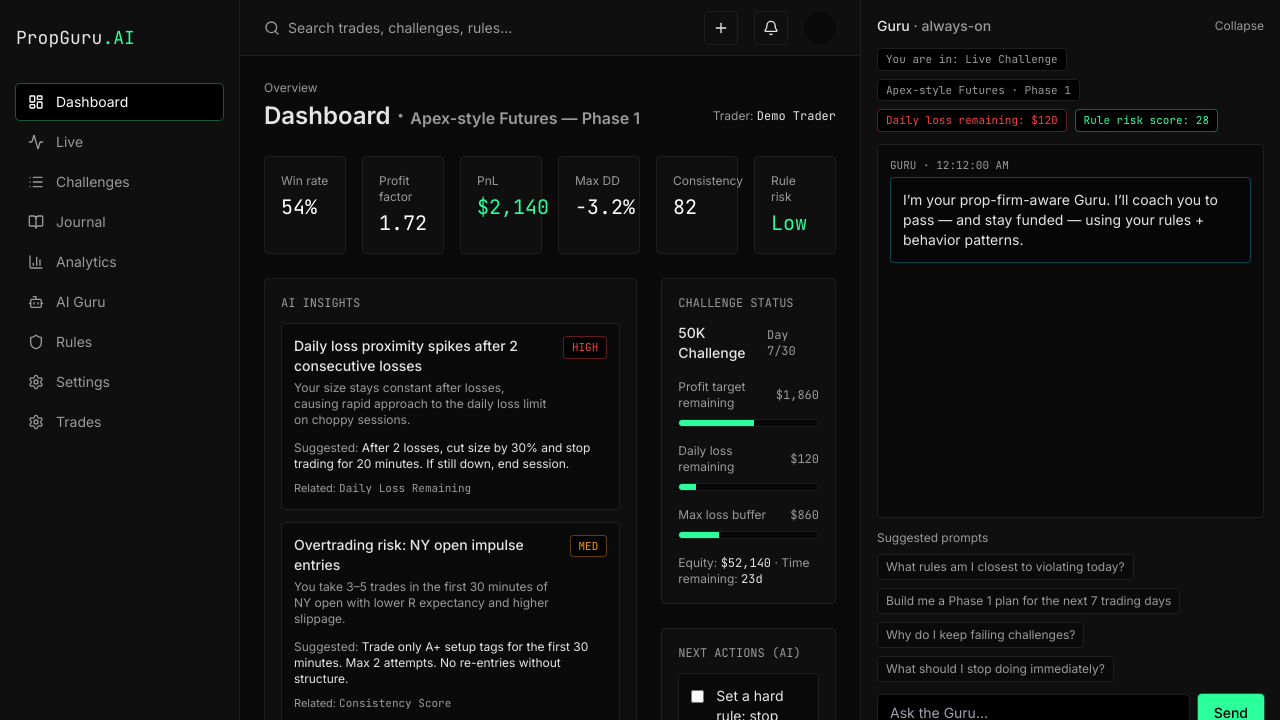
Repository: sanghaarman6-cmyk/propai-platform
Page: /app/dashboard
These files come from the project's save history. The page is drawn as it stood at one moment and after a run of saves; the edit follows.
The browser window is 1280 px wide. The pictures show the whole page.
An inner scrolling area shows only its first screen. The project was rebuilt for these pictures with package versions that can differ from the ones it lists, and the page was loaded fresh each time. The framework's server and built-in components were replaced by stand-ins that run in the browser. Also part of the build but not shown: next.config.ts.

Above is the page before, as saved 2025-12-17 02:37:08.

### app/layout.tsx
import "./globals.css"
import { Inter, JetBrains_Mono } from "next/font/google"

const inter = Inter({ subsets: ["latin"], variable: "--font-inter" })
const mono = JetBrains_Mono({ subsets: ["latin"], variable: "--font-mono" })

export const metadata = {
  title: "PropGuru AI",
  description: "Always-on AI trading guru for prop firms",
}

export default function RootLayout({
  children,
}: {
  children: React.ReactNode
}) {
  return (
    <html lang="en" className="dark">
      <body
        className={`${inter.variable} ${mono.variable} bg-bg text-text-primary antialiased`}
      >
        {children}
      </body>
    </html>
  )
}

### app/app/layout.tsx
"use client"

import Sidebar from "@/components/Sidebar"
import Topbar from "@/components/Topbar"
import { motion } from "framer-motion"
import ToastHost from "@/components/Toast"
import GuruAssistant from "@/components/GuruAssistant"

export default function AppLayout({
  children,
}: {
  children: React.ReactNode
}) {
  return (
    <div className="flex h-screen overflow-hidden">
      {/* Global toasts */}
      <ToastHost />

      {/* Left sidebar */}
      <Sidebar />

      {/* Center column */}
      <div className="flex flex-1 flex-col overflow-hidden">
        <Topbar />

        <motion.main
          key="page"
          initial={{ opacity: 0, y: 6 }}
          animate={{ opacity: 1, y: 0 }}
          transition={{ duration: 0.2, ease: "easeOut" }}
          className="flex-1 overflow-y-auto bg-bg-secondary p-6"
        >
          {children}
        </motion.main>
      </div>

      {/* Persistent Guru (desktop docked / mobile floating) */}
      <GuruAssistant />
    </div>
  )
}

### app/app/dashboard/page.tsx
"use client"

import { useEffect, useMemo } from "react"
import KPI from "@/components/KPI"
import TerminalCard from "@/components/TerminalCard"
import SkeletonBlock from "@/components/SkeletonBlock"
import InsightsList from "@/components/InsightsList"
import TradesTable from "@/components/TradesTable"
import RuleMeter from "@/components/RuleMeter"
import { useAppStore } from "@/lib/store"

export default function DashboardPage() {
  const {
    user,
    activeChallenge,
    insights,
    nextActions,
    toggleNextAction,
    recentTrades,
    dashboardLoading,
    setDashboardLoading,
    filters,
    setFilters,
  } = useAppStore()

  useEffect(() => {
    // demo: show a brief skeleton to feel “real”
    const t = setTimeout(() => setDashboardLoading(false), 450)
    return () => clearTimeout(t)
  }, [setDashboardLoading])

  const instruments = useMemo(() => {
    const set = new Set(recentTrades.map((t) => t.instrument))
    return ["All", ...Array.from(set)]
  }, [recentTrades])

  const filteredTrades = useMemo(() => {
    return recentTrades.filter((t) => {
      if (filters.instrument !== "All" && t.instrument !== filters.instrument) return false
      if (filters.session !== "All" && t.session !== filters.session) return false
      if (filters.outcome !== "All" && t.outcome !== filters.outcome) return false
      return true
    })
  }, [recentTrades, filters])

  if (!user || !activeChallenge) {
    return (
      <TerminalCard title="Welcome">
        <div className="text-sm text-text-muted">
          No demo user loaded. (This won’t happen in our flow.)
        </div>
      </TerminalCard>
    )
  }

  const s = activeChallenge.stats

  if (!activeChallenge.live) {
    return (
      <TerminalCard title="Live Challenge">
        <div className="text-sm text-text-muted">
          No live data available for this challenge.
        </div>
      </TerminalCard>
    )
  }

  const live = activeChallenge.live


  return (
    <div className="space-y-6">
      {/* Header */}
      <div className="flex flex-col gap-1">
        <div className="text-xs text-text-muted">Overview</div>
        <div className="flex items-center justify-between gap-4">
          <h1 className="text-2xl font-semibold">
            Dashboard <span className="text-text-muted">·</span>{" "}
            <span className="text-text-muted text-base">
              {activeChallenge.firmName} — {activeChallenge.phase}
            </span>
          </h1>
          <div className="text-xs text-text-muted">
            Trader: <span className="font-mono text-text-primary">{user.name}</span>
          </div>
        </div>
      </div>

      {/* KPI Strip */}
      {dashboardLoading ? (
        <div className="grid grid-cols-2 gap-4 md:grid-cols-6">
          {Array.from({ length: 6 }).map((_, i) => (
            <SkeletonBlock key={i} className="h-[74px]" />
          ))}
        </div>
      ) : (
        <div className="grid grid-cols-2 gap-4 md:grid-cols-6">
          <KPI label="Win rate" value={`${s.winRate}%`} />
          <KPI label="Profit factor" value={s.profitFactor.toFixed(2)} />
          <KPI label="PnL" value={`$${s.pnlUsd.toLocaleString()}`} accent />
          <KPI label="Max DD" value={`${s.maxDrawdownPct}%`} />
          <KPI label="Consistency" value={`${s.consistencyScore}`} />
          <KPI label="Rule risk" value={s.ruleRiskScore < 35 ? "Low" : "Elevated"} accent />
        </div>
      )}

      {/* Main grid */}
      <div className="grid grid-cols-1 gap-6 lg:grid-cols-3">
        {/* Left: insights */}
        <div className="lg:col-span-2">
          {dashboardLoading ? (
            <TerminalCard title="AI Insights">
              <div className="space-y-3">
                <SkeletonBlock className="h-20" />
                <SkeletonBlock className="h-20" />
                <SkeletonBlock className="h-20" />
              </div>
            </TerminalCard>
          ) : (
            <InsightsList items={insights} />
          )}
        </div>

        {/* Right: challenge + next actions */}
        <div className="space-y-6">
          <TerminalCard title="Challenge Status">
            <div className="flex items-center justify-between">
              <div className="text-sm font-medium">{activeChallenge.name}</div>
              <div className="text-xs text-text-muted font-mono">
                Day {s.tradingDaysCompleted}/{activeChallenge.rules.timeLimitDays}
              </div>
            </div>

            <div className="mt-4 space-y-4">
              <RuleMeter
                label="Profit target remaining"
                valuePct={(live.profitTargetRemainingUsd / (activeChallenge.rules.accountSize * (activeChallenge.rules.profitTargetPct / 100))) * 100}
                helper={`$${live.profitTargetRemainingUsd.toLocaleString()}`}
              />
              <RuleMeter
                label="Daily loss remaining"
                valuePct={100 - Math.min(100, (live.dailyLossRemainingUsd / (activeChallenge.rules.accountSize * (activeChallenge.rules.dailyLossLimitPct / 100))) * 100)}
                helper={`$${live.dailyLossRemainingUsd.toLocaleString()}`}
              />
              <RuleMeter
                label="Max loss buffer"
                valuePct={100 - Math.min(100, (live.maxLossBufferUsd / (activeChallenge.rules.accountSize * (activeChallenge.rules.maxLossLimitPct / 100))) * 100)}
                helper={`$${live.maxLossBufferUsd.toLocaleString()}`}
              />
            </div>

            <div className="mt-4 text-xs text-text-muted">
              Equity:{" "}
              <span className="font-mono text-text-primary">
                ${live.equityUsd.toLocaleString()}
              </span>{" "}
              · Time remaining:{" "}
              <span className="font-mono text-text-primary">
                {live.timeRemainingDays}d
              </span>
            </div>
          </TerminalCard>

          <TerminalCard title="Next Actions (AI)">
            <div className="space-y-2">
              {nextActions.map((a) => (
                <label
                  key={a.id}
                  className="flex cursor-pointer items-start gap-3 rounded border border-border bg-black/30 p-3 hover:bg-black/40"
                >
                  <input
                    type="checkbox"
                    checked={a.done}
                    onChange={() => toggleNextAction(a.id)}
                    className="mt-1"
                  />
                  <div className="text-sm">
                    <div className={a.done ? "text-text-muted line-through" : ""}>
                      {a.label}
                    </div>
                  </div>
                </label>
              ))}
            </div>
          </TerminalCard>
        </div>
      </div>

      {/* Trades table */}
      <TradesTable
        trades={filteredTrades}
        filtersUI={
          <div className="flex items-center gap-2">
            <select
              value={filters.instrument}
              onChange={(e) => setFilters({ instrument: e.target.value as any })}
              className="rounded border border-border bg-black px-2 py-1 text-xs"
            >
              {instruments.map((i) => (
                <option key={i} value={i}>
                  {i}
                </option>
              ))}
            </select>

            <select
              value={filters.session}
              onChange={(e) => setFilters({ session: e.target.value as any })}
              className="rounded border border-border bg-black px-2 py-1 text-xs"
            >
              {["All", "Asia", "London", "NY", "Off-hours"].map((s) => (
                <option key={s} value={s}>
                  {s}
                </option>
              ))}
            </select>

            <select
              value={filters.outcome}
              onChange={(e) => setFilters({ outcome: e.target.value as any })}
              className="rounded border border-border bg-black px-2 py-1 text-xs"
            >
              {["All", "Win", "Loss", "BE"].map((o) => (
                <option key={o} value={o}>
                  {o}
                </option>
              ))}
            </select>
          </div>
        }
      />
    </div>
  )
}

### app/globals.css
@tailwind base;
@tailwind components;
@tailwind utilities;

body {
  font-family: var(--font-inter);
}

### components/Topbar.tsx
"use client"

import { Bell, Search, Plus } from "lucide-react"

export default function Topbar() {
  return (
    <header className="flex h-14 items-center justify-between border-b border-border bg-bg-panel px-6">
      <div className="flex items-center gap-2 text-sm text-text-muted">
        <Search size={16} />
        <span>Search trades, challenges, rules…</span>
      </div>

      <div className="flex items-center gap-4">
        <button className="rounded border border-border p-2 hover:bg-black">
          <Plus size={16} />
        </button>
        <button className="rounded border border-border p-2 hover:bg-black">
          <Bell size={16} />
        </button>
        <div className="h-8 w-8 rounded-full bg-bg-secondary" />
      </div>
    </header>
  )
}

### components/Toast.tsx
"use client"

import { useEffect } from "react"
import { useToastStore, Toast } from "@/lib/toastStore"

export default function ToastHost() {
  const { toasts, removeToast } = useToastStore()

  useEffect(() => {
    if (toasts.length === 0) return

    const timers = toasts.map((t: Toast) =>
      setTimeout(() => removeToast(t.id), t.durationMs ?? 2600)
    )

    return () => timers.forEach(clearTimeout)
  }, [toasts, removeToast])

  return (
    <div className="fixed right-4 top-4 z-50 space-y-2">
      {toasts.map((t: Toast) => (
        <div
          key={t.id}
          className="w-[320px] rounded border border-border bg-bg-panel p-3 shadow-glow"
        >
          <div className="text-sm font-medium">{t.title}</div>
          {t.description && (
            <div className="mt-1 text-xs text-text-muted">
              {t.description}
            </div>
          )}
        </div>
      ))}
    </div>
  )
}

### components/KPI.tsx
export default function KPI({
  label,
  value,
  accent,
}: {
  label: string
  value: string
  accent?: boolean
}) {
  return (
    <div className="rounded border border-border bg-bg-panel p-4">
      <div className="text-xs text-text-muted">{label}</div>
      <div
        className={`mt-1 font-mono text-xl ${
          accent ? "text-accent-green" : "text-white"
        }`}
      >
        {value}
      </div>
    </div>
  )
}

### components/TerminalCard.tsx
export default function TerminalCard({
  title,
  children,
}: {
  title?: string
  children: React.ReactNode
}) {
  return (
    <div className="rounded border border-border bg-bg-panel p-4">
      {title && (
        <div className="mb-3 text-xs font-mono text-text-muted">
          {title.toUpperCase()}
        </div>
      )}
      {children}
    </div>
  )
}

### components/SkeletonBlock.tsx
export default function SkeletonBlock({ className = "" }: { className?: string }) {
  return (
    <div className={`animate-pulse rounded border border-border bg-black/40 ${className}`} />
  )
}

### components/InsightsList.tsx
import TerminalCard from "@/components/TerminalCard"
import TagPill from "@/components/TagPill"
import type { AiInsight } from "@/lib/types"

function severityTone(sev: AiInsight["severity"]) {
  if (sev === "high") return "red"
  if (sev === "med") return "amber"
  return "green"
}

export default function InsightsList({ items }: { items: AiInsight[] }) {
  return (
    <TerminalCard title="AI Insights">
      <div className="space-y-3">
        {items.map((ins) => (
          <div key={ins.id} className="rounded border border-border bg-black/30 p-3">
            <div className="flex items-start justify-between gap-3">
              <div>
                <div className="text-sm font-medium">{ins.title}</div>
                <div className="mt-1 text-xs text-text-muted">{ins.detail}</div>
              </div>
              <TagPill tone={severityTone(ins.severity) as any}>
                {ins.severity.toUpperCase()}
              </TagPill>
            </div>

            <div className="mt-3 text-xs">
              <span className="text-text-muted">Suggested: </span>
              <span className="text-text-primary">{ins.suggestedAction}</span>
            </div>

            {ins.relatedMetric && (
              <div className="mt-2 text-[11px] text-text-muted">
                Related: <span className="font-mono">{ins.relatedMetric}</span>
              </div>
            )}
          </div>
        ))}
      </div>
    </TerminalCard>
  )
}

### components/RuleMeter.tsx
export default function RuleMeter({
  label,
  valuePct,
  helper,
}: {
  label: string
  valuePct: number // 0–100 where higher = worse risk
  helper: string
}) {
  const clamped = Math.max(0, Math.min(100, valuePct))
  const bar = 100 - clamped

  return (
    <div className="space-y-2">
      <div className="flex items-center justify-between text-xs text-text-muted">
        <span>{label}</span>
        <span className="font-mono">{helper}</span>
      </div>
      <div className="h-2 rounded bg-black/50 border border-border overflow-hidden">
        <div className="h-full bg-accent-green" style={{ width: `${bar}%` }} />
      </div>
    </div>
  )
}

### lib/toastStore.ts
import { create } from "zustand"

export type Toast = {
  id: string
  title: string
  description?: string
  durationMs?: number
}

type ToastState = {
  toasts: Toast[]
  pushToast: (t: Omit<Toast, "id">) => void
  removeToast: (id: string) => void
}

export const useToastStore = create<ToastState>((set) => ({
  toasts: [],
  pushToast: (t) =>
    set((s) => ({
      toasts: [
        {
          id: `toast_${Date.now()}_${Math.random().toString(16).slice(2)}`,
          ...t,
        },
        ...s.toasts,
      ].slice(0, 3),
    })),
  removeToast: (id) =>
    set((s) => ({
      toasts: s.toasts.filter((t) => t.id !== id),
    })),
}))

### components/Drawer.tsx
"use client"

import { motion, AnimatePresence } from "framer-motion"

export default function Drawer({
  open,
  onClose,
  title,
  children,
}: {
  open: boolean
  onClose: () => void
  title: string
  children: React.ReactNode
}) {
  return (
    <AnimatePresence>
      {open && (
        <>
          <motion.div
            className="fixed inset-0 z-40 bg-black/60"
            onClick={onClose}
            initial={{ opacity: 0 }}
            animate={{ opacity: 1 }}
            exit={{ opacity: 0 }}
          />
          <motion.aside
            className="fixed right-0 top-0 z-50 h-full w-full max-w-xl border-l border-border bg-bg-panel p-4"
            initial={{ x: "100%" }}
            animate={{ x: 0 }}
            exit={{ x: "100%" }}
            transition={{ type: "spring", stiffness: 260, damping: 30 }}
          >
            <div className="flex items-center justify-between">
              <div className="text-sm font-medium">{title}</div>
              <button
                onClick={onClose}
                className="text-xs text-text-muted hover:text-white"
              >
                Close
              </button>
            </div>
            <div className="mt-4">{children}</div>
          </motion.aside>
        </>
      )}
    </AnimatePresence>
  )
}

### components/TagPill.tsx
import clsx from "clsx"

export default function TagPill({
  children,
  tone = "neutral",
}: {
  children: React.ReactNode
  tone?: "neutral" | "green" | "amber" | "red"
}) {
  return (
    <span
      className={clsx(
        "inline-flex items-center rounded border px-2 py-0.5 text-[11px] font-mono",
        tone === "neutral" && "border-border bg-black text-text-muted",
        tone === "green" && "border-accent-green/40 bg-black text-accent-green",
        tone === "amber" && "border-accent-amber/40 bg-black text-accent-amber",
        tone === "red" && "border-accent-red/40 bg-black text-accent-red"
      )}
    >
      {children}
    </span>
  )
}

### components/GlowButton.tsx
"use client"

import { ButtonHTMLAttributes } from "react"
import clsx from "clsx"

type GlowButtonProps = ButtonHTMLAttributes<HTMLButtonElement> & {
  tone?: "green" | "cyan"
}

export default function GlowButton({
  children,
  className,
  tone = "green",
  ...props
}: GlowButtonProps) {
  return (
    <button
      {...props}
      className={clsx(
        "rounded px-4 py-2 text-sm font-medium transition shadow-glow",
        tone === "green"
          ? "bg-accent-green text-black hover:brightness-110"
          : "bg-accent-cyan text-black hover:brightness-110",
        className
      )}
    >
      {children}
    </button>
  )
}

### components/Skeleton.tsx
export default function Skeleton({
  className = "",
}: {
  className?: string
}) {
  return (
    <div
      className={`animate-pulse rounded bg-white/5 ${className}`}
    />
  )
}

Loaded but not shown: tailwind.config.js (38 lines, source omitted); lib/mockData.ts (294 lines, source omitted); components/GuruAssistant.tsx (188 lines, source omitted); lib/store.ts (149 lines, source omitted); lib/guru.ts (72 lines, source omitted); components/TradesTable.tsx (61 lines, source omitted); components/Sidebar.tsx (61 lines, source omitted); lib/guruStore.ts (56 lines, source omitted)

After the next 3 saves:
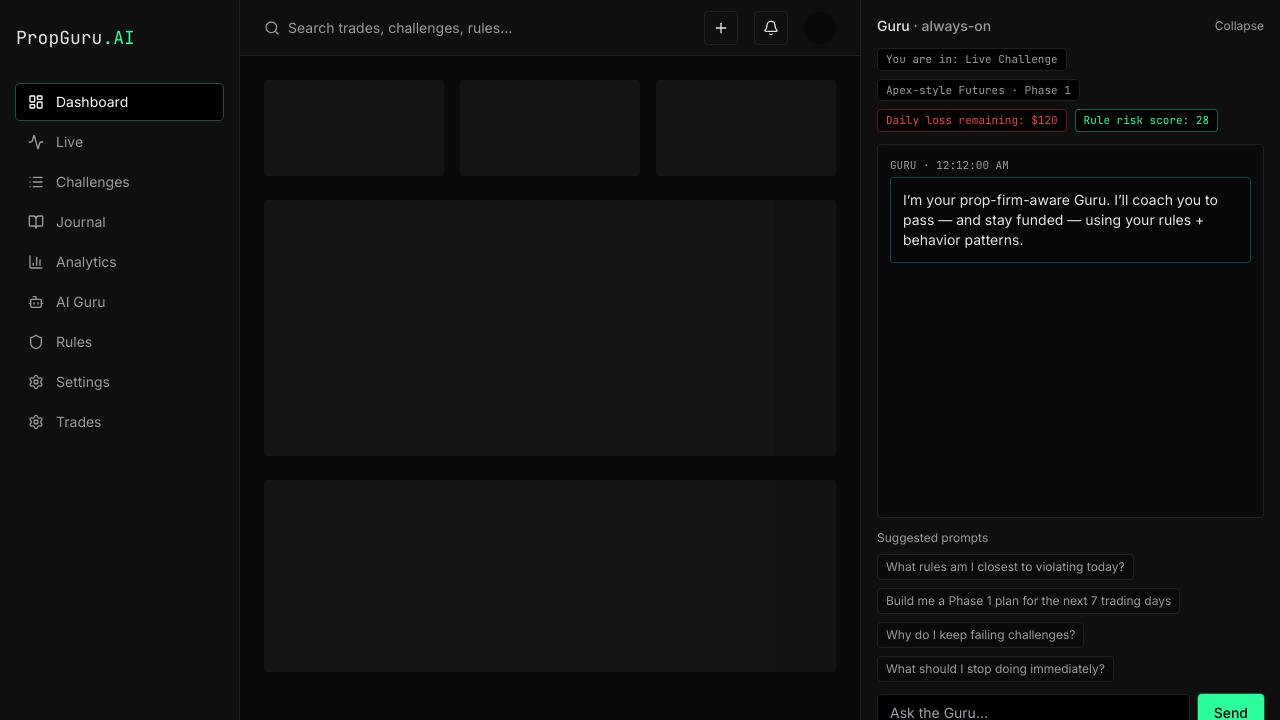
The 3 saves are shown as one change because 2 did not build or start.
The last was saved 3 min 1 s later.
--- a/app/app/dashboard/page.tsx
+++ b/app/app/dashboard/page.tsx
@@ -8,8 +8,10 @@
 import TradesTable from "@/components/TradesTable"
 import RuleMeter from "@/components/RuleMeter"
 import { useAppStore } from "@/lib/store"
+import Skeleton from "@/components/Skeleton"
 
 export default function DashboardPage() {
+
   const {
     user,
     activeChallenge,
@@ -22,6 +24,22 @@
     filters,
     setFilters,
   } = useAppStore()
+
+  if (dashboardLoading) {
+    return (
+      <div className="space-y-6">
+        <div className="grid grid-cols-1 gap-4 md:grid-cols-3">
+          <Skeleton className="h-24" />
+          <Skeleton className="h-24" />
+          <Skeleton className="h-24" />
+        </div>
+
+        <Skeleton className="h-64" />
+        <Skeleton className="h-48" />
+      </div>
+    )
+  }
+
 
   useEffect(() => {
     // demo: show a brief skeleton to feel “real”

After the 3 saves that followed:
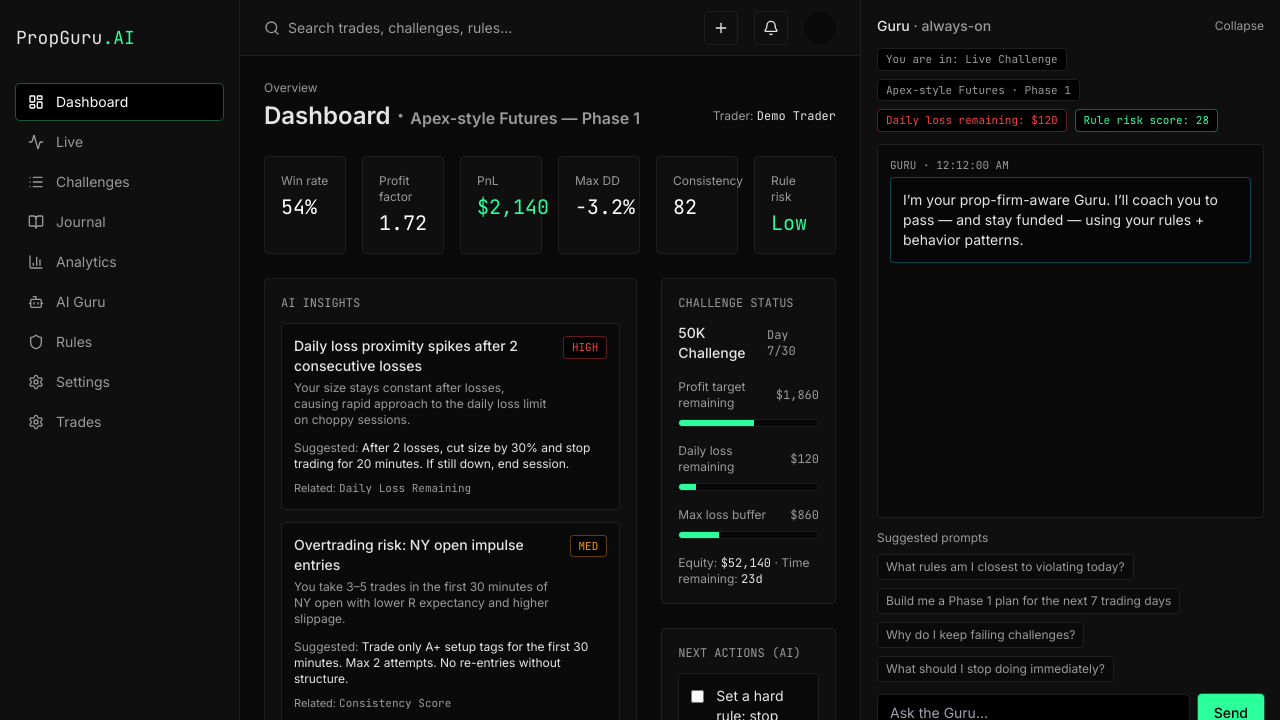
The 3 saves are shown as one change because 2 did not build or start.
The last was saved 5 min 42 s later.
--- a/app/app/dashboard/page.tsx
+++ b/app/app/dashboard/page.tsx
@@ -25,6 +25,32 @@
     setFilters,
   } = useAppStore()
 
+
+  useEffect(() => {
+    const t = setTimeout(() => {
+      setDashboardLoading(false)
+    }, 800)
+
+    return () => clearTimeout(t)
+  }, [setDashboardLoading])
+
+
+    const instruments = useMemo(() => {
+      const set = new Set(recentTrades.map((t) => t.instrument))
+      return ["All", ...Array.from(set)]
+    }, [recentTrades])
+
+    const filteredTrades = useMemo(() => {
+      return recentTrades.filter((t) => {
+        if (filters.instrument !== "All" && t.instrument !== filters.instrument) return false
+        if (filters.session !== "All" && t.session !== filters.session) return false
+        if (filters.outcome !== "All" && t.outcome !== filters.outcome) return false
+        return true
+      })
+    }, [recentTrades, filters])
+
+
+
   if (dashboardLoading) {
     return (
       <div className="space-y-6">
@@ -40,26 +66,6 @@
     )
   }
 
-
-  useEffect(() => {
-    // demo: show a brief skeleton to feel “real”
-    const t = setTimeout(() => setDashboardLoading(false), 450)
-    return () => clearTimeout(t)
-  }, [setDashboardLoading])
-
-  const instruments = useMemo(() => {
-    const set = new Set(recentTrades.map((t) => t.instrument))
-    return ["All", ...Array.from(set)]
-  }, [recentTrades])
-
-  const filteredTrades = useMemo(() => {
-    return recentTrades.filter((t) => {
-      if (filters.instrument !== "All" && t.instrument !== filters.instrument) return false
-      if (filters.session !== "All" && t.session !== filters.session) return false
-      if (filters.outcome !== "All" && t.outcome !== filters.outcome) return false
-      return true
-    })
-  }, [recentTrades, filters])
 
   if (!user || !activeChallenge) {
     return (
